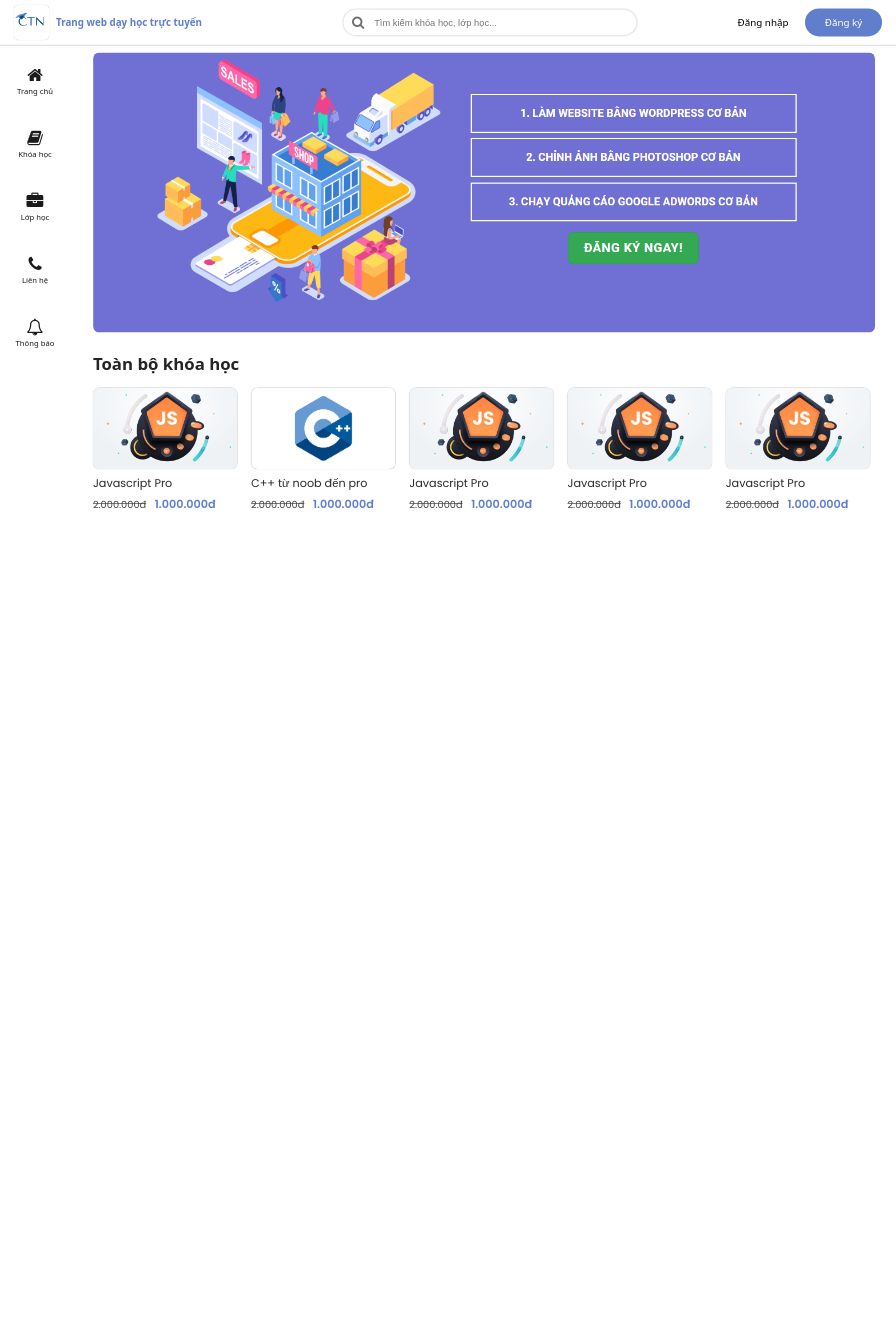
Repository: Nieday306/shophoaqua
Page: index.html
These files come from the project's save history. The page is drawn as it stood at one moment and after the next save; the edit follows.
The browser window is 1280 px wide. The pictures show the part of the page from y = 0 to 1920 px (the page is 5575 px tall), at 70% of full size.

Above is the page before, as saved 2024-04-07 16:35:33.

### index.html
<!DOCTYPE html>
<html lang="en">
  <head>
    <meta charset="UTF-8" />
    <meta name="viewport" content="width=device-width, initial-scale=1.0" />
    <!-- reset css -->
    <link rel="stylesheet" href="./assets/css/reset.css" />
    <!-- style css -->
    <link rel="stylesheet" href="./assets/css/style.css" />
    <!-- font  -->
    <link rel="stylesheet" href="./assets/font/stylesheet.css" />
    <title>CTN - Ứng dụng học lập trình trực tuyến</title>
    <!-- favicon -->
    <link
      rel="apple-touch-icon"
      sizes="57x57"
      href="./assets/Favicon/apple-icon-57x57.png"
    />
    <link
      rel="apple-touch-icon"
      sizes="60x60"
      href="./assets/Favicon/apple-icon-60x60.png"
    />
    <link
      rel="apple-touch-icon"
      sizes="72x72"
      href="./assets/Favicon/apple-icon-72x72.png"
    />
    <link
      rel="apple-touch-icon"
      sizes="76x76"
      href="./assets/Favicon/apple-icon-76x76.png"
    />
    <link
      rel="apple-touch-icon"
      sizes="114x114"
      href="./assets/Favicon/apple-icon-114x114.png"
    />
    <link
      rel="apple-touch-icon"
      sizes="120x120"
      href="./assets/Favicon/apple-icon-120x120.png"
    />
    <link
      rel="apple-touch-icon"
      sizes="144x144"
      href="./assets/Favicon/apple-icon-144x144.png"
    />
    <link
      rel="apple-touch-icon"
      sizes="152x152"
      href="./assets/Favicon/apple-icon-152x152.png"
    />
    <link
      rel="apple-touch-icon"
      sizes="180x180"
      href="./assets/Favicon/apple-icon-180x180.png"
    />
    <link
      rel="icon"
      type="image/png"
      sizes="192x192"
      href="./assets/Favicon/android-icon-192x192.png"
    />
    <link
      rel="icon"
      type="image/png"
      sizes="32x32"
      href="./assets/Favicon/favicon-32x32.png"
    />
    <link
      rel="icon"
      type="image/png"
      sizes="96x96"
      href="./assets/Favicon/favicon-96x96.png"
    />
    <link
      rel="icon"
      type="image/png"
      sizes="16x16"
      href="./assets/Favicon/favicon-16x16.png"
    />
    <link rel="manifest" href="./assets/Favicon/manifest.json" />
    <meta name="msapplication-TileColor" content="#ffffff" />
    <meta
      name="msapplication-TileImage"
      content="./assets/Favicon/ms-icon-144x144.png"
    />
    <meta name="theme-color" content="#ffffff" />
    <link
      rel="stylesheet"
      href="https://cdnjs.cloudflare.com/ajax/libs/font-awesome/4.7.0/css/font-awesome.min.css"
    />
  </head>
  <body>
    <!-- header -->
    <header>
      <div class="header">
        <div class="header-top">
          <div class="logo">
            <img class="logo-img" src="./assets/img/logo.png" alt="CTN" />
            <span class="logo-desc">Trang web dạy học trực tuyến</span>
          </div>
          <form action="" class="search" method="post">
            <input
              class="search__txt"
              type="search"
              name="search"
              id="search"
              placeholder="Tìm kiếm khóa học, lớp học..."
            />
            <button class="search__submit" type="submit">
              <i class="fa fa-search" style="font-size: 19px"></i>
            </button>
          </form>
          <div class="header__log">
            <a href="./login.html" class="btn header__login">Đăng nhập</a>
            <a href="#!" class="btn header__register">Đăng ký</a>
          </div>
        </div>
      </div>
    </header>
    <!-- main -->
    <main>
      <div class="sidebar">
        <ul class="sidebar__menu">
          <li class="sidebar__item">
            <a href="#!" class="sidebar__desc"
              ><i class="fa fa-home" style="font-size: 24px"></i
              ><span>Trang chủ</span></a
            >
          </li>
          <li class="sidebar__item">
            <a href="#!" class="sidebar__desc"
              ><i class="fa fa-book" style="font-size: 24px"></i
              ><span>Khóa học</span></a
            >
          </li>
          <li class="sidebar__item">
            <a href="#!" class="sidebar__desc"
              ><i class="fa fa-briefcase" style="font-size: 24px"></i
              ><span>Lớp học</span></a
            >
          </li>
          <li class="sidebar__item">
            <a href="#!" class="sidebar__desc"
              ><i class="fa fa-phone" style="font-size: 24px"></i
              ><span>Liên hệ</span></a
            >
          </li>
          <li class="sidebar__item">
            <a href="#!" class="sidebar__desc"
              ><i class="fa fa-bell-o" style="font-size: 24px"></i
              ><span>Thông báo</span></a
            >
          </li>
        </ul>
        <div class="sidebar__content">
          <!-- banner -->
          <div class="content__banner">
            <div class="container">
              <div class="banner">
                <img
                  src="./assets/img/banner-content.png"
                  alt="banner"
                  class="banner-img"
                />
              </div>
            </div>
          </div>
          <!-- course -->
          <div class="content__course">
            <div class="container">
              <h2 class="course-title">Toàn bộ khóa học</h2>
              <div class="list__course">
                <!-- item 1 -->
                <div class="course__item">
                  <a href="#!" class="course__item-link">
                    <img
                      src="./assets/img/course-js.jpg"
                      alt=""
                      class="course-thumnail"
                    />
                    <span class="course-desc">Javascript Pro</span>
                    <span class="price">
                      <span class="pre-price">2.000.000đ</span>
                      <span class="price-final">1.000.000đ</span>
                    </span>
                  </a>
                </div>
                <!-- item 2 -->
                <div class="course__item">
                  <a href="#!" class="course__item-link">
                    <img
                      src="./assets/img/course-c.png"
                      alt=""
                      class="course-thumnail"
                    />
                    <span class="course-desc">C++ từ noob đến pro</span>
                    <span class="price">
                      <span class="pre-price">2.000.000đ</span>
                      <span class="price-final">1.000.000đ</span>
                    </span>
                  </a>
                </div>
                <!-- item 3 -->
                <div class="course__item">
                  <a href="#!" class="course__item-link">
                    <img
                      src="./assets/img/course-js.jpg"
                      alt=""
                      class="course-thumnail"
                    />
                    <span class="course-desc">Javascript Pro</span>
                    <span class="price">
                      <span class="pre-price">2.000.000đ</span>
                      <span class="price-final">1.000.000đ</span>
                    </span>
                  </a>
                </div>
                <!-- item 4 -->
                <div class="course__item">
                  <a href="#!" class="course__item-link">
                    <img
                      src="./assets/img/course-js.jpg"
                      alt=""
                      class="course-thumnail"
                    />
                    <span class="course-desc">Javascript Pro</span>
                    <span class="price">
                      <span class="pre-price">2.000.000đ</span>
                      <span class="price-final">1.000.000đ</span>
                    </span>
                  </a>
                </div>
                <!-- item 5 -->
                <div class="course__item">
                  <a href="#!" class="course__item-link">
                    <img
                      src="./assets/img/course-js.jpg"
                      alt=""
                      class="course-thumnail"
                    />
                    <span class="course-desc">Javascript Pro</span>
                    <span class="price">
                      <span class="pre-price">2.000.000đ</span>
                      <span class="price-final">1.000.000đ</span>
                    </span>
                  </a>
                </div>
              </div>
            </div>
          </div>
        </div>
      </div>
    </main>
    <!-- footer -->
    <footer></footer>
  </body>
</html>

### assets/css/style.css
:root {
  --primary-color: #607ecc;
  --font-secondary: system-ui, -apple-system, BlinkMacSystemFont, "Segoe UI",
    Roboto, Oxygen, Ubuntu, Cantarell, "Open Sans", "Helvetica Neue", sans-serif;
}
* {
  box-sizing: border-box;
}

html,
body {
  scroll-behavior: smooth;
}

html {
  font-size: 62.5%;
}

body {
  font-size: 1.6rem;
  font-family: "Poppins", sans-serif;
  margin: 0px auto;
}

/*================== common =========================*/

a {
  text-decoration: none;
}

.btn {
  display: inline-block;
  color: #fff;
  font-size: 1.4rem;
  font-family: var(--font-secondary);
  font-weight: 500;
  background-color: var(--primary-color);
  height: 40px;
  padding: 0 8px;
  border: 1px solid --primary-color;
  border-radius: 999px;
  text-align: center;
  min-width: 110px;
  line-height: 40px;
}

.btn:hover {
  opacity: 0.9;
}

.container {
  width: 1117px;
  margin: 0px auto;
}

/* =======================header==================== */

header {
  position: sticky;
  height: 65px;
  left: 0;
  top: 0;
  z-index: 20;
}

.header-top {
  height: 65px;
  background-color: #fff;
  display: flex;
  align-items: center;
  /* justify-content: space-between; */
  border-bottom: 1px solid #ccc;
}

.logo {
  display: flex;
  align-items: center;
  gap: 0 10px;
  margin-left: 20px;
}

.logo-img {
  width: 50px;
  height: 50px;
  object-fit: cover;
  border-radius: 7px;
  box-shadow: 0px 0px 1px rgb(3, 3, 3, 0.5);
}

.logo-desc {
  font-family: var(--font-secondary);
  font-size: 1.4rem;
  color: var(--primary-color);
  font-weight: 700;
}

.search {
  margin-left: 200px;
  height: 40px;
  width: 422px;
  border: 2px solid #e8e8e8;
  border-radius: 20px;
  transition: border 0.5s ease;
  display: flex;
  align-items: center;
  justify-content: space-between;
  flex-direction: row-reverse;
}

.search:focus-within {
  border-color: #777;
}

.search__submit {
  width: 10%;
  height: 100%;
  border-radius: 20px 0 0 20px;
  color: #707070;
  border: none;
  outline: none;
  background-color: #fff;
  cursor: pointer;
}

.fa-search {
  color: inherit;
}

.search__txt {
  height: 100%;
  background-color: transparent;
  width: 90%;
  outline: none;
  border-radius: 0 20px 20px 0;
  border: none;
}

.search__txt:not(:placeholder-shown) ~ .search__submit {
  color: #444;
  cursor: pointer;
}

.search__txt:placeholder-shown ~ .search__submit {
  cursor: not-allowed;
}

.header__log {
  margin-left: auto;
  display: flex;
  align-items: center;
  gap: 5px;
}

.header__login {
  background-color: #fff;
  color: #000;
}

.header__register {
  margin-right: 20px;
}
/* =======================main========================= */

.sidebar {
  margin-top: 10px;
  display: flex;
  min-width: 100vh;
}

.sidebar__menu {
  height: 100%;

  position: fixed;
  width: 8%;
  margin-left: 10px;
  display: flex;
  flex-direction: column;
  gap: 10px;
  /* border-right: 1px solid #ccc; */
}

.sidebar__item {
}

.sidebar__desc {
  display: inline-flex;
  flex-direction: column;
  align-items: center;
  justify-content: center;
  gap: 5px;
  height: 80px;
  width: 80px;
  font-weight: 500;
  font-size: 1.1rem;
  font-family: var(--font-secondary);
  color: #1a1a1a;
  padding: 10px;
  border-radius: 9px;
}
.sidebar__desc:hover {
  background-color: #e8ebed;
}

.sidebar__content {
  margin-left: 8%;
  width: 92%;
  height: 5000px;
}

.banner-img {
  width: 1117px;
  height: 400px;
  object-fit: cover;
  border-radius: 9px;
}

/* course */

.content__course {
  margin-top: 30px;
}

.course-title {
  color: #242424;
  font-family: var(--font-secondary);
  font-size: 2.4rem;
  font-weight: 900;
  margin-right: auto;
}

.list__course {
  margin-top: 22px;
  display: flex;
  gap: 20px;
}

.course__item-link {
  display: flex;
  flex-direction: column;
}

.course-thumnail {
  width: 206px;
  height: 116px;
  box-shadow: 0 0 1px rgba(3, 3, 3, 0.5);
  object-fit: cover;
  border-radius: 9px;
}

.course-desc {
  color: #292929;
  display: -webkit-box;
  font-size: 1.6rem;
  line-height: 1.4;
  overflow: hidden;
  margin: 10px 0;
}

.pre-price {
  color: #444;
  font-size: 1.4rem;
  margin-right: 8px;
  text-decoration: line-through;
}

.price-final {
  color: var(--primary-color);
  font-size: 1.6rem;
  font-weight: 600;
}

/* footer */
footer {
  height: 500px;
  background-color: #000;
  margin-left: 9%;
}

### assets/font/stylesheet.css
@font-face {
    font-family: 'Poppins';
    src: url('Poppins-Black.woff2') format('woff2'),
        url('Poppins-Black.woff') format('woff');
    font-weight: 900;
    font-style: normal;
    font-display: swap;
}

@font-face {
    font-family: 'Poppins';
    src: url('Poppins-Bold.woff2') format('woff2'),
        url('Poppins-Bold.woff') format('woff');
    font-weight: bold;
    font-style: normal;
    font-display: swap;
}

@font-face {
    font-family: 'Poppins';
    src: url('Poppins-BlackItalic.woff2') format('woff2'),
        url('Poppins-BlackItalic.woff') format('woff');
    font-weight: 900;
    font-style: italic;
    font-display: swap;
}

@font-face {
    font-family: 'Poppins';
    src: url('Poppins-BoldItalic.woff2') format('woff2'),
        url('Poppins-BoldItalic.woff') format('woff');
    font-weight: bold;
    font-style: italic;
    font-display: swap;
}

@font-face {
    font-family: 'Poppins';
    src: url('Poppins-ExtraLightItalic.woff2') format('woff2'),
        url('Poppins-ExtraLightItalic.woff') format('woff');
    font-weight: 200;
    font-style: italic;
    font-display: swap;
}

@font-face {
    font-family: 'Poppins';
    src: url('Poppins-ExtraBoldItalic.woff2') format('woff2'),
        url('Poppins-ExtraBoldItalic.woff') format('woff');
    font-weight: bold;
    font-style: italic;
    font-display: swap;
}

@font-face {
    font-family: 'Poppins';
    src: url('Poppins-ExtraBold.woff2') format('woff2'),
        url('Poppins-ExtraBold.woff') format('woff');
    font-weight: bold;
    font-style: normal;
    font-display: swap;
}

@font-face {
    font-family: 'Poppins';
    src: url('Poppins-Italic.woff2') format('woff2'),
        url('Poppins-Italic.woff') format('woff');
    font-weight: normal;
    font-style: italic;
    font-display: swap;
}

@font-face {
    font-family: 'Poppins';
    src: url('Poppins-ExtraLight.woff2') format('woff2'),
        url('Poppins-ExtraLight.woff') format('woff');
    font-weight: 200;
    font-style: normal;
    font-display: swap;
}

@font-face {
    font-family: 'Poppins';
    src: url('Poppins-Regular.woff2') format('woff2'),
        url('Poppins-Regular.woff') format('woff');
    font-weight: normal;
    font-style: normal;
    font-display: swap;
}

@font-face {
    font-family: 'Poppins';
    src: url('Poppins-LightItalic.woff2') format('woff2'),
        url('Poppins-LightItalic.woff') format('woff');
    font-weight: 300;
    font-style: italic;
    font-display: swap;
}

@font-face {
    font-family: 'Poppins';
    src: url('Poppins-SemiBold.woff2') format('woff2'),
        url('Poppins-SemiBold.woff') format('woff');
    font-weight: 600;
    font-style: normal;
    font-display: swap;
}

@font-face {
    font-family: 'Poppins';
    src: url('Poppins-Light.woff2') format('woff2'),
        url('Poppins-Light.woff') format('woff');
    font-weight: 300;
    font-style: normal;
    font-display: swap;
}

@font-face {
    font-family: 'Poppins';
    src: url('Poppins-Medium.woff2') format('woff2'),
        url('Poppins-Medium.woff') format('woff');
    font-weight: 500;
    font-style: normal;
    font-display: swap;
}

@font-face {
    font-family: 'Poppins';
    src: url('Poppins-MediumItalic.woff2') format('woff2'),
        url('Poppins-MediumItalic.woff') format('woff');
    font-weight: 500;
    font-style: italic;
    font-display: swap;
}

@font-face {
    font-family: 'Poppins';
    src: url('Poppins-Thin.woff2') format('woff2'),
        url('Poppins-Thin.woff') format('woff');
    font-weight: 100;
    font-style: normal;
    font-display: swap;
}

@font-face {
    font-family: 'Poppins';
    src: url('Poppins-ThinItalic.woff2') format('woff2'),
        url('Poppins-ThinItalic.woff') format('woff');
    font-weight: 100;
    font-style: italic;
    font-display: swap;
}

@font-face {
    font-family: 'Poppins';
    src: url('Poppins-SemiBoldItalic.woff2') format('woff2'),
        url('Poppins-SemiBoldItalic.woff') format('woff');
    font-weight: 600;
    font-style: italic;
    font-display: swap;
}

Loaded but not shown: assets/css/reset.css (common file)

After the next save:
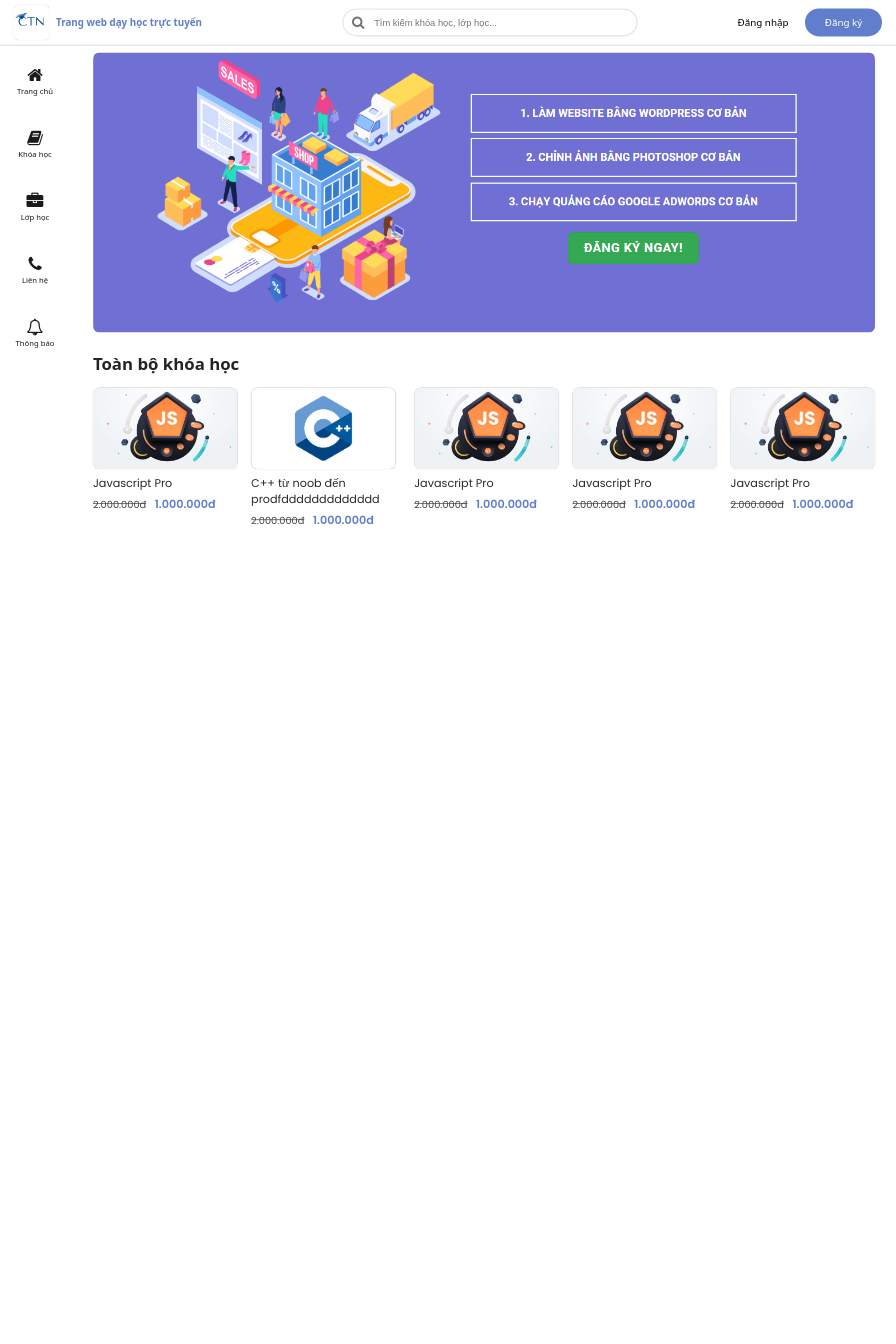
Saved 9 s later.
--- a/index.html
+++ b/index.html
@@ -196,7 +196,9 @@
                       alt=""
                       class="course-thumnail"
                     />
-                    <span class="course-desc">C++ từ noob đến pro</span>
+                    <span class="course-desc"
+                      >C++ từ noob đến prodfddddddddddddd</span
+                    >
                     <span class="price">
                       <span class="pre-price">2.000.000đ</span>
                       <span class="price-final">1.000.000đ</span>

After the save that followed:
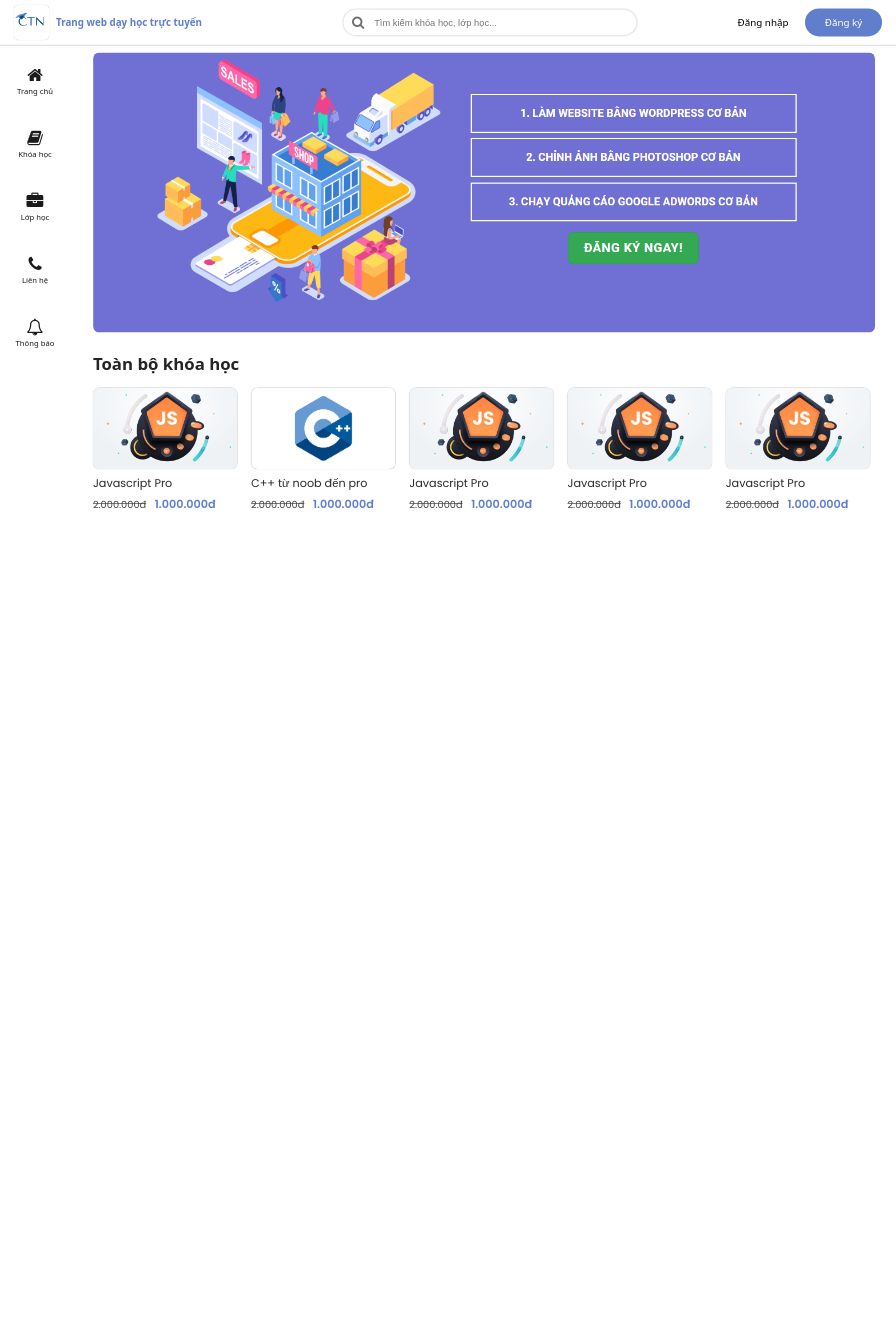
Saved 9 s later.
--- a/index.html
+++ b/index.html
@@ -196,9 +196,7 @@
                       alt=""
                       class="course-thumnail"
                     />
-                    <span class="course-desc"
-                      >C++ từ noob đến prodfddddddddddddd</span
-                    >
+                    <span class="course-desc">C++ từ noob đến pro</span>
                     <span class="price">
                       <span class="pre-price">2.000.000đ</span>
                       <span class="price-final">1.000.000đ</span>
